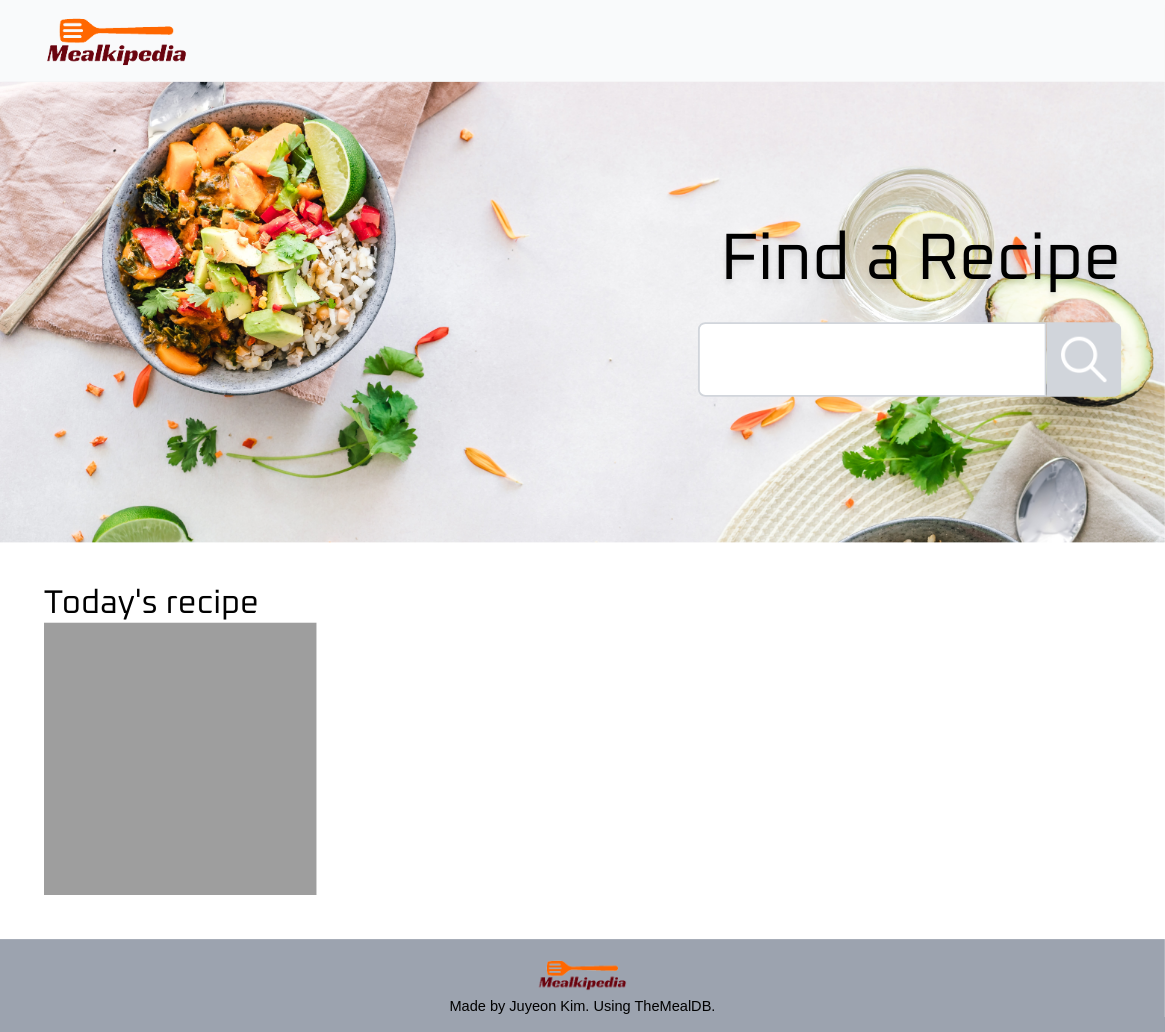
Repository: Jay-JYKim91/grj_mealkipedia
Page: /
An editor plug-in stored every save of this project. The page is shown before and after the next save, followed by the edit.
The browser window is 1280 px wide. The pictures show the whole page, at 91% of full size.
Pictures or frames that could not be fetched are drawn as grey boxes. Some web fonts or font styles are not loaded; a fallback is used. The project was rebuilt for these pictures with package versions that can differ from the ones it lists, and the page was loaded fresh each time. Also part of the build but not shown: src/component/recipe.tsx. Imported but missing from the stored project, and not drawn on this page: src/component/search.

Above is the page before, as saved 2022-06-21 16:10:53.

After the next save:
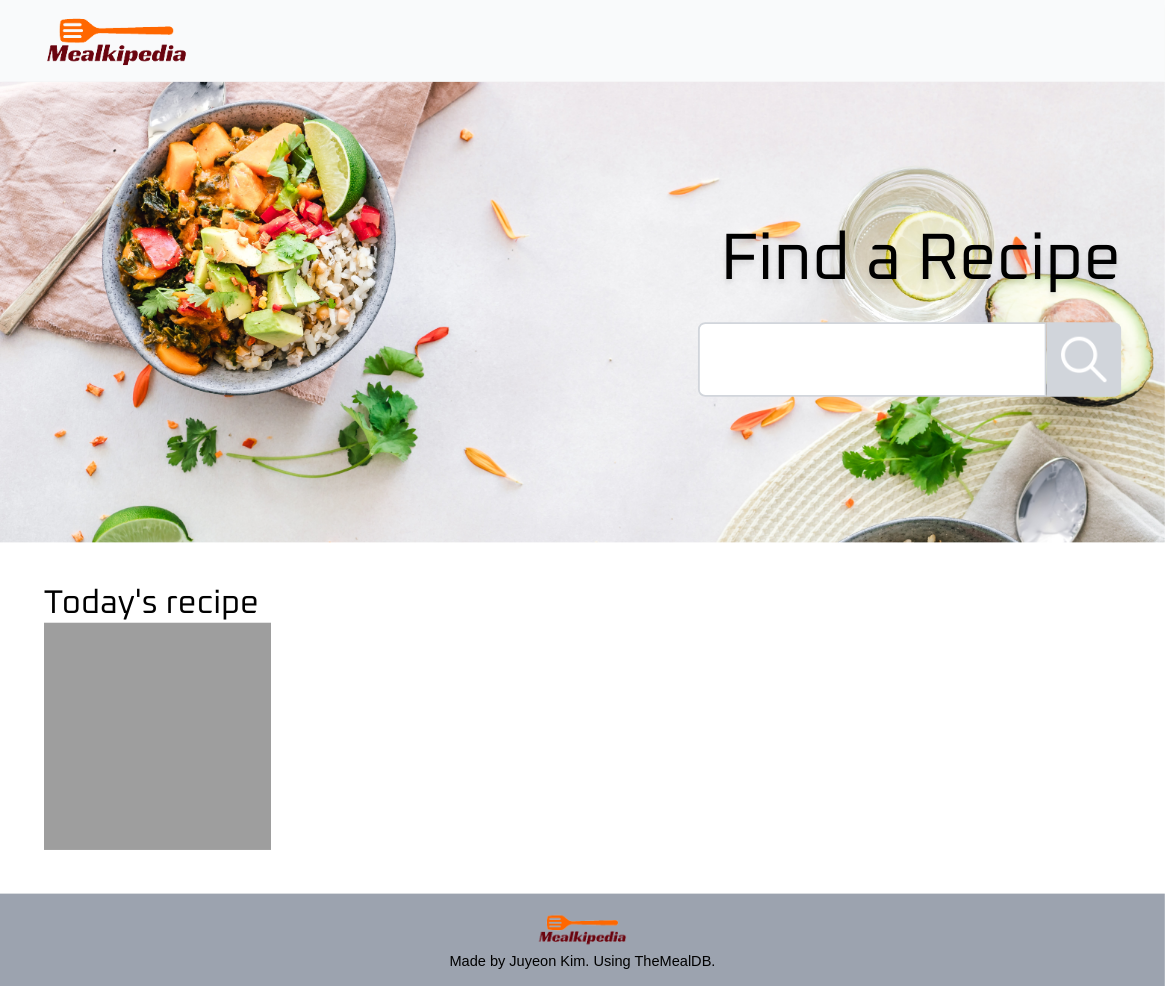
Saved 14 s later.
--- a/src/component/home.tsx
+++ b/src/component/home.tsx
@@ -21,7 +21,7 @@ const Home: React.FC = () => {
             <div className="px-12 py-12">
                 <h1 className="font-body1_font text-4xl">Today's recipe</h1>
                 <div>
-                    <img src="http://picsum.photos/300/300" alt="today's recipe"/>
+                    <img src="https://picsum.photos/250/250" alt="today's recipe"/>
                 </div>
             </div>
         </>
